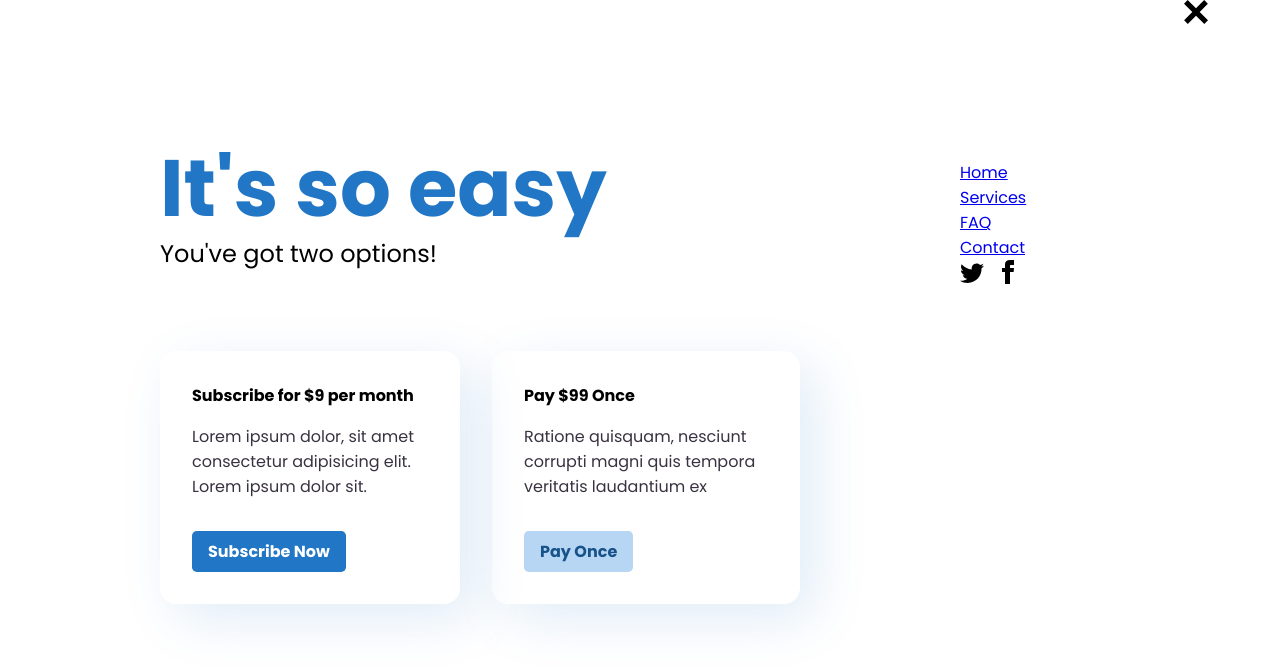
Repository: Hyperion72R/Animated-Navigation
Page: index.html
An editor plug-in stored every save of this project. The page is shown before and after the next save, followed by the edit.
The browser window is 1280 px wide. The pictures show the whole page.
The style sheet was rebuilt from its Sass, Less or Tailwind sources for each picture, by a compiler version that may differ from the author's.

Above is the page before, as saved 2021-09-02 16:57:35.

After the next save:
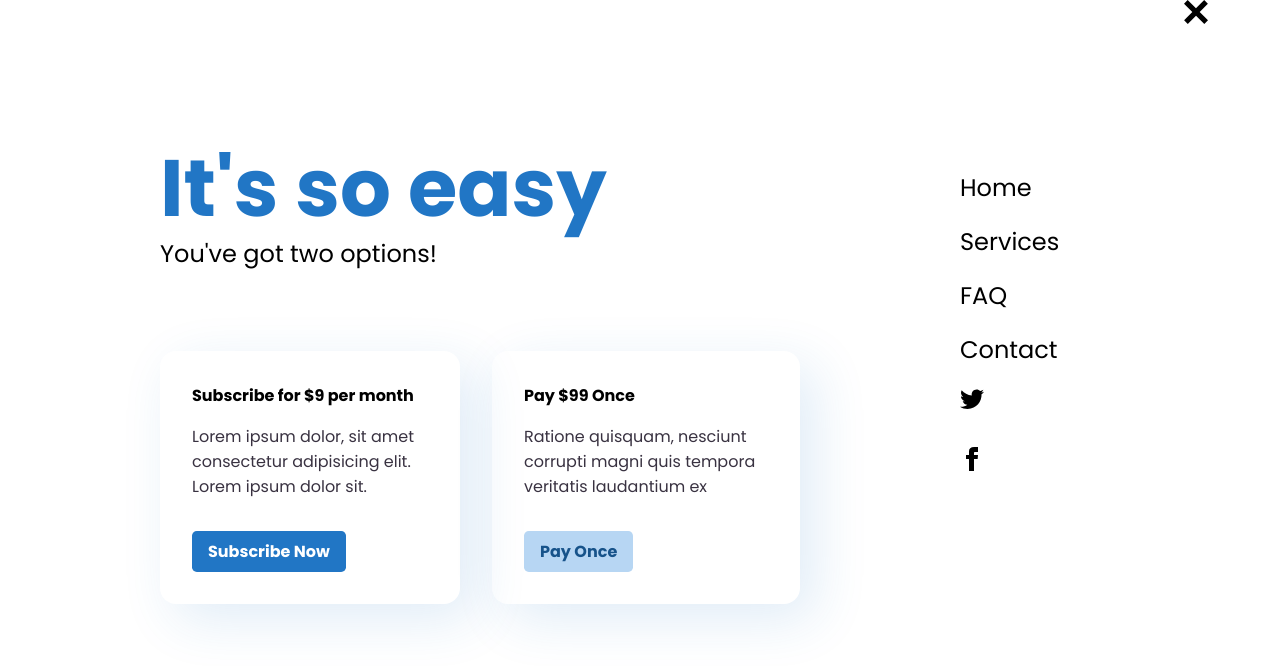
Saved 86 s later.
--- a/css/main.scss
+++ b/css/main.scss
@@ -181,5 +181,10 @@ h2 {
   padding-top: 10em;
 
   a {
+    font-size: 1.5rem;
+    text-decoration: none;
+    color: black;
+    padding: 0.4em 0;
+    display: block;
   }
 }
